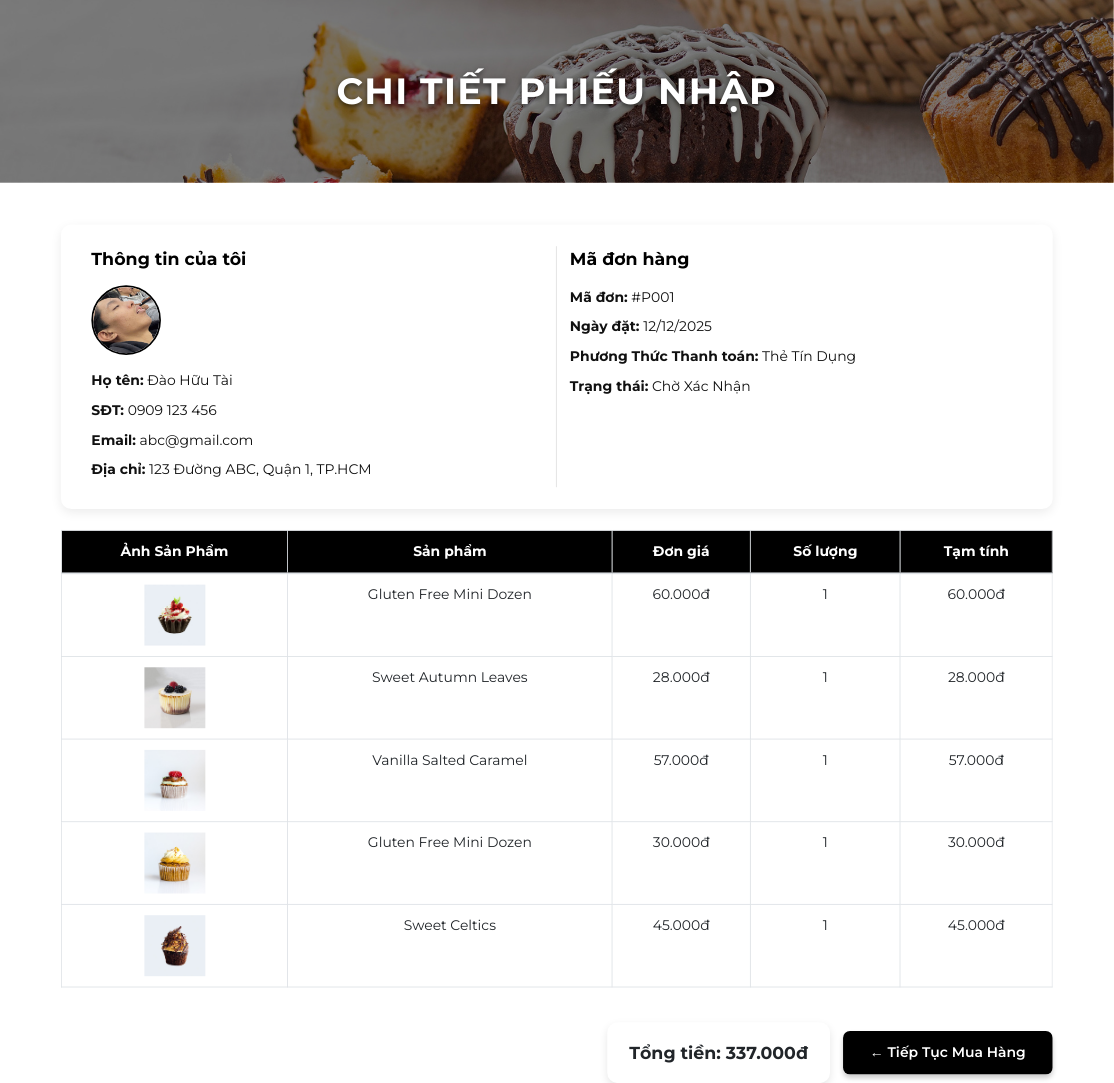
Repository: nhanto2n-byte/Nhom10ChieuThu3
Page: ProjectWeb/cake-main/xemphieunhap.html
The author's editor kept a copy of each file at every save. The page is drawn from the files as they stood at one save, then again after the next save.
The browser window is 1280 px wide. The pictures show the whole page, at 87% of full size.

Above is the page before, as saved 2025-11-11 09:30:41.

### ProjectWeb/cake-main/xemphieunhap.html
<!DOCTYPE html>
<html lang="vi">

<head>
    <meta charset="UTF-8">
    <meta name="viewport" content="width=device-width, initial-scale=1.0">

    <title>Đơn Hàng Đã Đặt</title>


    <!-- Fonts -->
    <link href="https://fonts.googleapis.com/css2?family=Montserrat:wght@300;400;500;600;700;800;900&display=swap" rel="stylesheet">

    <!-- CSS -->
    <link rel="stylesheet" href="css/bootstrap.min.css">

    <style>
      .total-area {
    display: flex;
    justify-content: flex-end;
    align-items: center;
    gap: 15px; /* khoảng cách giữa 2 khối */
}

        body {
            font-family: 'Montserrat', sans-serif;
            background: #f7f7f7;
            color: #000;
        }

        /* HERO */
        .hero {
            background:
                linear-gradient(rgba(0,0,0,0.3), rgba(0,0,0,0.3)),
                url('img/hero/hero-1.jpg') center/cover no-repeat;
            text-align: center;
            padding: 80px 0;
            color: #fff;
        }

        .hero h1 {
            font-size: 42px;
            font-weight: 700;
        }

        /* BOX THÔNG TIN */
        .order-info-box {
            background: #fff;
            border-radius: 12px;
            padding: 25px 35px;
            box-shadow: 0 4px 12px rgba(0,0,0,0.08);
            color: #000;
        }

        .info-block {
            border-right: 1px solid #e0e0e0;
        }

        .info-block:last-child {
            border-right: none;
        }

        .info-title {
            font-size: 20px;
            font-weight: 700;
            margin-bottom: 15px;
            color: #000;
        }

        .info-block p {
            font-size: 16px;
            margin: 6px 0;
        }

        /* Ảnh khách hàng */
        .customer-avatar {
            width: 80px;
            height: 80px;
            border-radius: 50%;
            object-fit: cover;
            border: 2px solid #000;   /* Đổi xanh → đen */
            margin-bottom: 10px;
        }

        /* BẢNG SẢN PHẨM */
        th {
            background: #000 !important;   /* Đổi xanh → đen */
            color: #fff !important;
        }

        /* Tổng tiền */
        .total-box {
            background: #fff;
            padding: 20px;
            font-weight: 700;
            font-size: 20px;
            border-radius: 12px;
        }

        /* Nút */
        .btn-back {
            background: #000 !important;   /* Đổi xanh → đen */
            color: #fff;
            border-radius: 8px;
            padding: 10px 25px;
            font-weight: 600;
        }
        .btn-back:hover {
            background: #333 !important;
            color: #fff;
        }

    </style>
</head>

<body>
  <!DOCTYPE html>
<html lang="zxx">

<head>
    <meta charset="UTF-8">
    <meta name="description" content="Cake Template">
    <meta name="keywords" content="Cake, unica, creative, html">
    <meta name="viewport" content="width=device-width, initial-scale=1.0">
    <meta http-equiv="X-UA-Compatible" content="ie=edge">
    <title>Lsu</title>

    <!-- Google Font -->
    <link href="https://fonts.googleapis.com/css2?family=Playfair+Display:wght@400;500;600;700;800;900&display=swap"
    rel="stylesheet">
    <link href="https://fonts.googleapis.com/css2?family=Montserrat:wght@300;400;500;600;700;800;900&display=swap"
    rel="stylesheet">

    <!-- Css Styles -->
    <link rel="stylesheet" href="css/bootstrap.min.css" type="text/css">
    <link rel="stylesheet" href="css/flaticon.css" type="text/css">
    <link rel="stylesheet" href="css/barfiller.css" type="text/css">
    <link rel="stylesheet" href="css/magnific-popup.css" type="text/css">
    <link rel="stylesheet" href="css/font-awesome.min.css" type="text/css">
    <link rel="stylesheet" href="css/elegant-icons.css" type="text/css">
    <link rel="stylesheet" href="css/nice-select.css" type="text/css">
    <link rel="stylesheet" href="css/owl.carousel.min.css" type="text/css">
    <link rel="stylesheet" href="css/slicknav.min.css" type="text/css">
    <link rel="stylesheet" href="css/style.css" type="text/css">
    <style>
        /* ==================================== */
        /* CẤU TRÚC MENU THẢ XUỐNG (DROPDOWN) */
        /* ==================================== */

        /* 1. Thiết lập vị trí tương đối cho mục cha */
        .header__top__left ul li.has-dropdown {
            position: relative;
        }

        /* KHẮC PHỤC LỖI TÔ ĐEN TRÊN LIÊN KẾT CHA */
        .header__top__left ul li.has-dropdown > a:focus,
        .header__top__left ul li.has-dropdown > a:active {
            /* Dùng !important để ghi đè CSS từ file style.css nếu cần */
            outline: none !important;
            -webkit-tap-highlight-color: transparent;
            background-color: transparent !important;
        }

        /* 2. Thiết lập trạng thái mặc định (ẨN) cho dropdown */
        .header__top__left ul li .dropdown {
            display: none;
            position: absolute;
            top: 100%;
            left: 0;
            z-index: 100;

            /* NỀN ĐẬM CHO CHỮ TRẮNG NỔI BẬT */
            background-color: #c86808; /* Nền xám/đen đậm */
            border: 1px solid #555;
            box-shadow: 0 4px 10px rgba(0, 0, 0, 0.2);
            min-width: 200px;
            padding: 5px 0;
            list-style: none; /* Loại bỏ dấu chấm */
        }

        /* 3. Hiển thị menu khi di chuột vào mục cha */
        .header__top__left ul li.has-dropdown:hover > .dropdown {
            display: block;
        }

        /* 4. Định kiểu cho các mục con trong menu */
        .header__top__left ul li .dropdown li a {
            display: block;
            padding: 10px 15px;
            text-decoration: none;

            /* MÀU CHỮ TRẮNG */
            color: white;

            font-size: 16px;
            white-space: nowrap;
        }

        /* Hiệu ứng di chuột (hover) cho các mục con */
        .header__top__left ul li .dropdown li a:hover {
            background-color: #d87511; /* Nền xám nhẹ khi hover */
            color: #ffcc00; /* Màu nổi bật khi hover */
        }
        /* ======= Căn giữa & làm đẹp phần HERO ======= */
.hero {
  background:
    linear-gradient(rgba(0, 0, 0, 0.5), rgba(0, 0, 0, 0.5)),
    url('img/hero/hero-1.jpg') center/cover no-repeat;
  color: #fff;
  text-align: center;
  padding: 80px 0;
}

.hero h1 {
  font-size: 42px;
  font-weight: 700;
  letter-spacing: 1.5px;
  text-transform: uppercase;
  margin: 0;
  color: #fff !important;
  text-shadow: 0 2px 6px rgba(0,0,0,0.6);
}


/* ======= Làm đẹp và căn giữa các nút trạng thái ======= */
.controls1 {
  display: flex;
  justify-content: center;
  flex-wrap: wrap;
  gap: 10px;
  margin: 40px 0 20px;
}

.controls1 label {
  background: #fff;
  border: 2px solid #000704;
  color: #000403;
  font-weight: 600;
  border-radius: 25px;
  padding: 8px 25px;
  cursor: pointer;
  transition: all 0.3s ease;
}

.controls1 label:hover {
  background: #000805;
  color: #efe9e9;
}

input[type="radio"]:checked + label {
  background: #136a4a;
  color: #fff;
  box-shadow: 0 0 10px rgba(19, 106, 74, 0.3);
}
/* Ẩn hoàn toàn các input radio */
input[type="radio"][name="page"] {
  display: none;
}
   /* === GHI ĐÈ CĂN GIỮA DROPDOWN === */
.header__menu ul li .dropdown {
    left: 50% !important;                  /* căn giữa theo chiều ngang */
    transform: translateX(-50%) !important;/* dịch ngược lại cho giữa thật */
    min-width: 170px !important;           /* thu hẹp lại */
    width: fit-content !important;         /* tự co theo nội dung */
}

/* Đảm bảo chữ bên trong vẫn đẹp, không bị méo */
.header__menu ul li .dropdown li a {
    text-align: left !important;           /* căn chữ trái */
    padding: 10px 35px !important;         /* tạo khoảng cách hợp lý */
    white-space: nowrap !important;        /* tránh bị xuống dòng lung tung */
}
/* === GIỮ HIỆU ỨNG HOVER CŨ + BO GÓC === */
.header__menu ul li .dropdown {
    border-radius: 12px !important;   /* Bo góc mềm mại */
    overflow: hidden !important;      /* Giữ cho nền bên trong bo theo */
    border: 1px solid #444 !important;/* Viền nhẹ tách menu khỏi nền */
    transition: all 0.3s ease;        /* Hiệu ứng mở mượt */
}

/* Hiệu ứng hover cũ quay lại */
.header__menu ul li .dropdown li a {
    transition: background-color 0.3s ease, color 0.3s ease; /* mượt mà khi hover */
}

.header__menu ul li .dropdown li a:hover {
    background-color: #555 !important; /* nền xám đậm khi hover */
    color: #ffcc00 !important;         /* chữ vàng nổi bật */
    border-radius: 8px !important;     /* vẫn giữ bo nhẹ cho từng dòng */
}
    </style>
</head>

<body>


    <!-- HERO -->
    <div class="hero">
        <h1>Chi Tiết Phiếu Nhập</h1>
    </div>

    <div class="container my-5">

        <!-- THÔNG TIN -->
        <div class="order-info-box mb-4">
            <div class="row">

                <!-- Cột trái -->
                <div class="col-md-6 info-block">
                    <div class="info-title">Thông tin của tôi </div>

                    <!-- Ảnh khách hàng -->
                    <img src="img/avatar.jpg" class="customer-avatar">

                    <p><strong>Họ tên:</strong> Đào Hữu Tài</p>
                    <p><strong>SĐT:</strong> 0909 123 456</p>
                    <p><strong>Email:</strong> abc@gmail.com</p>
                    <p><strong>Địa chỉ:</strong> 123 Đường ABC, Quận 1, TP.HCM</p>
                </div>

                <!-- Cột phải -->
                <div class="col-md-6 info-block">
                    <div class="info-title">Mã đơn hàng</div>
                    <p><strong>Mã đơn:</strong> #P001</p>
                    <p><strong>Ngày đặt:</strong> 12/12/2025</p>
                    <p><strong>Phương Thức Thanh toán:</strong> Thẻ Tín Dụng</p>
                    <p><strong>Trạng thái:</strong> Chờ Xác Nhận </p>
                </div>

            </div>
        </div>

        <!-- BẢNG SẢN PHẨM -->
        <div class="table-responsive mb-4">
            <table class="table table-bordered text-center">
                <thead>
                    <tr>
                        <th>Ảnh Sản Phẩm </th>
                        <th>Sản phẩm</th>
                        <th>Đơn giá</th>
                        <th>Số lượng</th>
                        <th>Tạm tính</th>
                    </tr>
                </thead>

                <tbody>
                    <tr>
                        <td><img src="img/shop/product-8.jpg" width="70"></td>
                        <td>Gluten Free Mini Dozen</td>
                        <td>60.000đ</td>
                        <td>1</td>
                        <td>60.000đ</td>
                    </tr>

                    <tr>
                        <td><img src="img/shop/product-6.jpg" width="70"></td>
                        <td>Sweet Autumn Leaves</td>
                        <td>28.000đ</td>
                        <td>1</td>
                        <td>28.000đ</td>
                    </tr>
                     <tr>
                        <td><img src="img/shop/product-3.jpg" width="70"></td>
                        <td>Vanilla Salted Caramel</td>
                        <td>57.000đ</td>
                        <td>1</td>
                        <td>57.000đ</td>
                    </tr>
                     <tr>
                        <td><img src="img/shop/product-1.jpg" width="70"></td>
                        <td>Gluten Free Mini Dozen</td>
                        <td>30.000đ</td>
                        <td>1</td>
                        <td>30.000đ</td>
                    </tr>
                     <tr>
                        <td><img src="img/shop/product-2.jpg" width="70"></td>
                        <td>Sweet Celtics</td>
                        <td>45.000đ</td>
                        <td>1</td>
                        <td>45.000đ</td>
                    </tr>
                </tbody>
            </table>
        </div>

    <!-- KHU VỰC TỔNG TIỀN + NÚT QUAY LẠI -->
<div class="total-area mb-4 d-flex justify-content-end align-items-center gap-3 flex-wrap">

    <div class="total-box" style="background:#fff; padding:20px 25px; font-weight:700; font-size:20px; border-radius:12px; box-shadow:0 4px 10px rgba(0,0,0,0.1);">
        Tổng tiền: 337.000đ
    </div>

    <a href="shop.html" class="btn btn-back" style="background:#000; color:#fff; padding:12px 30px; font-weight:600; border-radius:8px; text-decoration:none; box-shadow:0 4px 6px rgba(0,0,0,0.2); transition:0.3s;">
        ← Tiếp Tục Mua Hàng
    </a>

</div>

<style>
.btn-back:hover {
    background: #333 !important;
    color: #fff;
    text-decoration: none;
    box-shadow: 0 6px 8px rgba(0,0,0,0.25);
}
</style>


<!-- Js Plugins -->
<script src="js/jquery-3.3.1.min.js"></script>
<script src="js/bootstrap.min.js"></script>
<script src="js/jquery.nice-select.min.js"></script>
<script src="js/jquery.barfiller.js"></script>
<script src="js/jquery.magnific-popup.min.js"></script>
<script src="js/jquery.slicknav.js"></script>
<script src="js/owl.carousel.min.js"></script>
<script src="js/jquery.nicescroll.min.js"></script>
<script src="js/main.js"></script>
</body>
</html>

### ProjectWeb/cake-main/css/barfiller.css
.barfiller {
    width:100%;
    height:12px;
    background:#fcfcfc;
    border:1px solid #ccc;
    position:relative;
    margin-bottom:20px;
    box-shadow: inset 1px 4px 9px -6px rgba(0,0,0,.5);
    -moz-box-shadow: inset 1px 4px 9px -6px rgba(0,0,0,.5);
}

.barfiller .fill {
    display:block;
    position:relative;
    width:0px;
    height:100%;
    background:#333;
    z-index:1;
}

.barfiller .tipWrap {
    display:none;
}

.barfiller .tip {
    margin-top:-30px;
    padding:2px 4px;
    font-size:11px;
    color:#fff;
    left:0px;
    position:absolute;
    z-index:2;
    background: #333;
}

.barfiller .tip:after {
    border:solid;
    border-color:rgba(0,0,0,.8) transparent;
    border-width:6px 6px 0 6px;
    content:"";
    display:block;
    position:absolute;
    left:9px;
    top:100%;
    z-index:9
}

Loaded but not shown: ProjectWeb/cake-main/css/bootstrap.min.css (library); ProjectWeb/cake-main/css/flaticon.css (common file); ProjectWeb/cake-main/css/magnific-popup.css (library); ProjectWeb/cake-main/css/font-awesome.min.css (library); ProjectWeb/cake-main/css/nice-select.css (common file); ProjectWeb/cake-main/css/owl.carousel.min.css (library); ProjectWeb/cake-main/css/slicknav.min.css (common file); ProjectWeb/cake-main/js/jquery-3.3.1.min.js (library); ProjectWeb/cake-main/js/bootstrap.min.js (library); ProjectWeb/cake-main/js/jquery.nice-select.min.js (common file); ProjectWeb/cake-main/js/jquery.barfiller.js (library); ProjectWeb/cake-main/js/jquery.magnific-popup.min.js (library); ProjectWeb/cake-main/js/jquery.slicknav.js (library); ProjectWeb/cake-main/js/owl.carousel.min.js (library); ProjectWeb/cake-main/js/jquery.nicescroll.min.js (library); ProjectWeb/cake-main/js/main.js (235 lines, source omitted); ProjectWeb/cake-main/css/style.css (4080 lines, source omitted); ProjectWeb/cake-main/css/elegant-icons.css (1157 lines, source omitted)

After the next save:
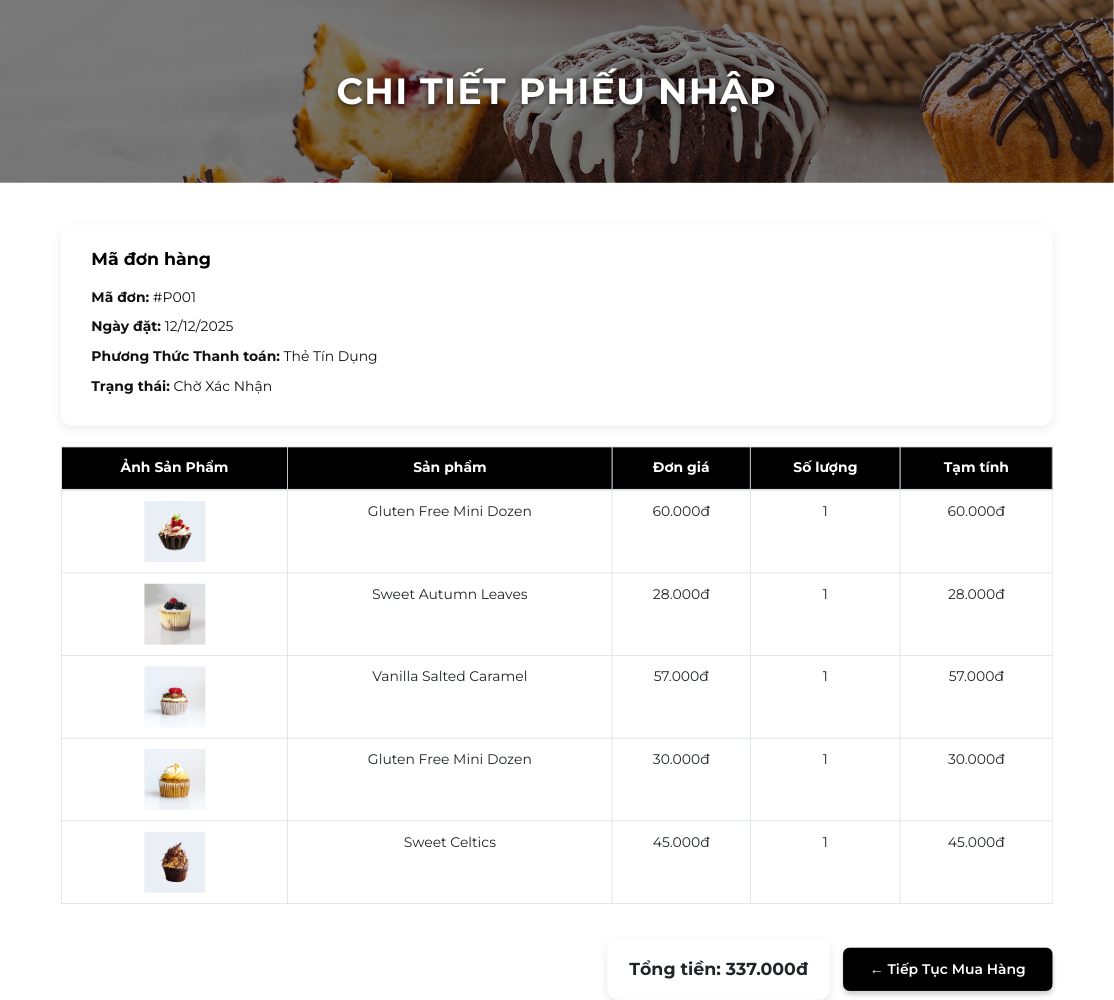
Saved 23 s later.
--- a/ProjectWeb/cake-main/xemphieunhap.html
+++ b/ProjectWeb/cake-main/xemphieunhap.html
@@ -305,18 +305,6 @@ input[type="radio"][name="page"] {
         <div class="order-info-box mb-4">
             <div class="row">
 
-                <!-- Cột trái -->
-                <div class="col-md-6 info-block">
-                    <div class="info-title">Thông tin của tôi </div>
-
-                    <!-- Ảnh khách hàng -->
-                    <img src="img/avatar.jpg" class="customer-avatar">
-
-                    <p><strong>Họ tên:</strong> Đào Hữu Tài</p>
-                    <p><strong>SĐT:</strong> 0909 123 456</p>
-                    <p><strong>Email:</strong> abc@gmail.com</p>
-                    <p><strong>Địa chỉ:</strong> 123 Đường ABC, Quận 1, TP.HCM</p>
-                </div>
 
                 <!-- Cột phải -->
                 <div class="col-md-6 info-block">
